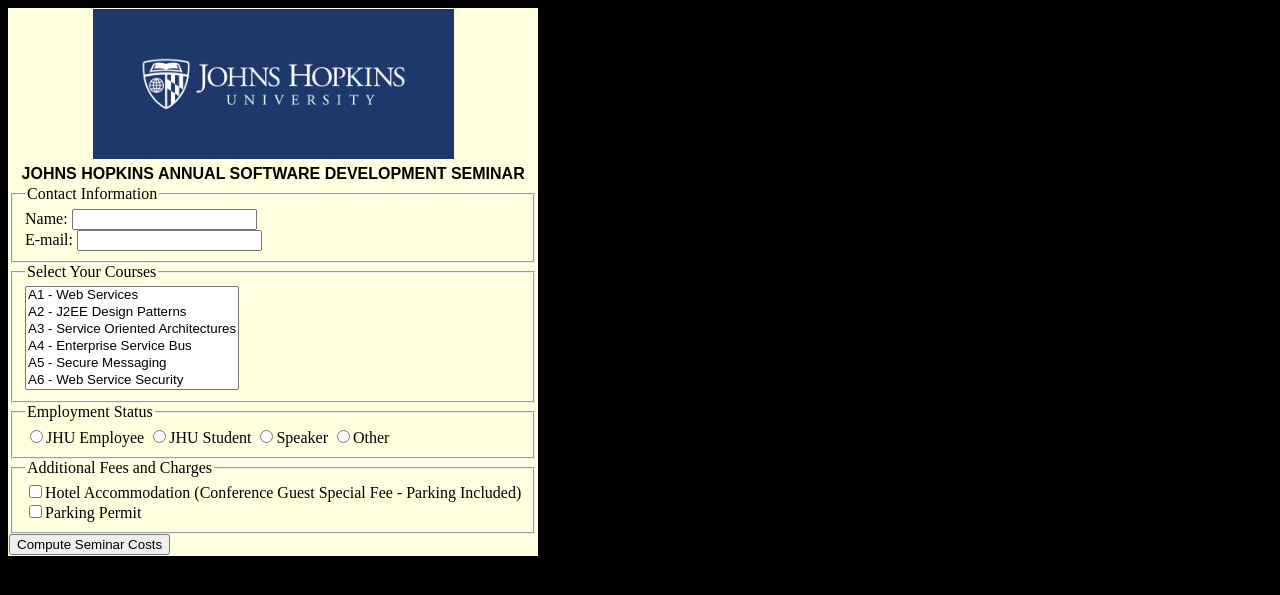
Repository: justinjwk/eclipse-workspace
Page: http://localhost/Homework2/
An editor plug-in stored every save of this project. The page is shown before and after the next save, followed by the edit.
The browser window is 1280 px wide. The pictures show the whole page.
The page is served by Tomcat 9.

Above is the page before, as saved 2019-06-12 03:09:16.

### Homework2/WebContent/index.html
<!DOCTYPE html>
<html>
<head>
<meta charset="UTF-8">
<link rel="stylesheet" href="./jkim342.css">
<title>JHU Annual Software Development Seminar</title>
</head>
<body>
	<table>
		<tr>
			<th><img src="jhu_logo.png" height=150></th>
		</tr>
		<tr>
			<th>JOHNS HOPKINS ANNUAL SOFTWARE DEVELOPMENT SEMINAR</th>
		</tr>
		<tr>
			<td>
				<form>
					<fieldset>
						<legend>Contact Information</legend>
						Name: <input type="name" name="name" required><br>
						E-mail: <input type="email" name="email" required><br>
					</fieldset>

					<fieldset>
						<legend>Select Your Courses</legend>
						<select name="course" size="6" multiple required>
							<option value="A1">A1 - Web Services</option>
							<option value="A2">A2 - J2EE Design Patterns</option>
							<option value="A3">A3 - Service Oriented Architectures</option>
							<option value="A4">A4 - Enterprise Service Bus</option>
							<option value="A5">A5 - Secure Messaging</option>
							<option value="A6">A6 - Web Service Security</option>
						</select>
					</fieldset>

					<fieldset>
						<legend>Employment Status</legend>
						<input type="radio" name="employmentstatus" value="employee"
							required>JHU Employee <input type="radio"
							name="employmentstatus" value="student">JHU Student <input
							type="radio" name="employmentstatus" value="speaker">Speaker
						<input type="radio" name="employmentstatus" value="ohter">Other
					</fieldset>

					<fieldset>
						<legend>Additional Fees and Charges</legend>
						<input type="checkbox" name="hotel">Hotel Accommodation
						(Conference Guest Special Fee - Parking Included)<br> <input
							type="checkbox" name="parking">Parking Permit
					</fieldset>

					<input type="submit" value="Compute Seminar Costs"> <input
						type="hidden" name="action" value="register">
				</form>
			</td>
		</tr>
	</table>

</body>
</html>

### Homework2/WebContent/jkim342.css
@charset "UTF-8";
body {
	background-color: black;
}
table {
	border-collapse: collapse;
	background-color: #FFFFE0;
}

td {
	text-align: left;
}

th {
	text-algin: center;
	font-family: Arial;
	background-color #4CAF50;
}

After the next save:
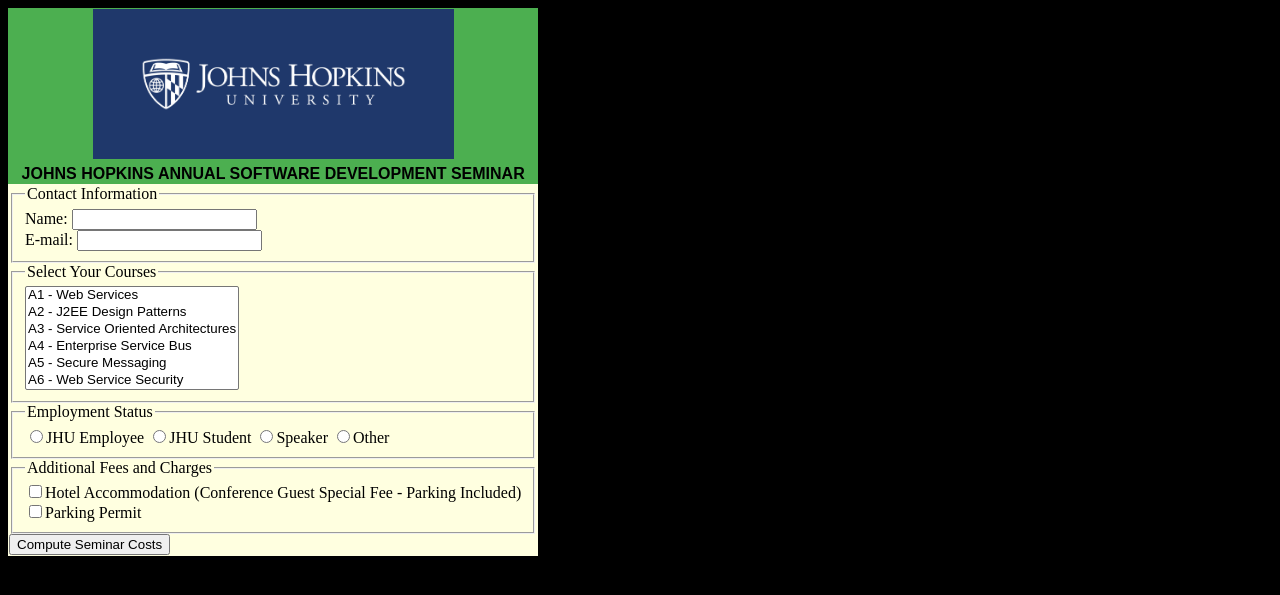
Saved 34 s later.
--- a/Homework2/WebContent/jkim342.css
+++ b/Homework2/WebContent/jkim342.css
@@ -14,5 +14,5 @@
 th {
 	text-algin: center;
 	font-family: Arial;
-	background-color #4CAF50;
+	background-color: #4CAF50;
 }
